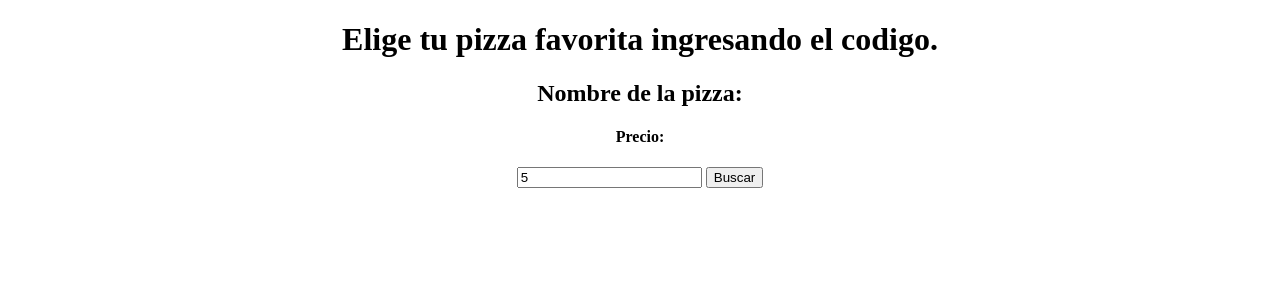
Repository: lucas-itup/E1-JAVASCRIPT
Page: index.html
The author's editor kept a copy of each file at every save. The page is drawn from the files as they stood at one save, then again after the next save.
The browser window is 1280 px wide. The pictures show the whole page.
Empty fields were first filled with sample values (such as "Sample", 5 or name@example.com).
After loading, the first visible `button` was clicked once.

Above is the page before, as saved 2022-09-11 20:27:48.

### index.html
<!DOCTYPE html>
<html lang="en">

<head>
    <meta charset="UTF-8">
    <meta http-equiv="X-UA-Compatible" content="IE=edge">
    <meta name="viewport" content="width=device-width, initial-scale=1.0">

    <title>E1-JAVASCRIPT</title>
</head>

<body>
    <div id="listado-pizzas" style="text-align: center;">
        <div>
            <h1>Elige tu pizza favorita ingresando el codigo.</h1>

            <h2>Nombre de la pizza: <span id="nombre-pizza"> </span></h2>
            <h4>Precio: <span id="precio-pizza"></span></h4>
        </div>
        <div>
            <input type="number" value="" id="value-id">
            <button onclick="buscarPizza()" type="button">Buscar</button>
        </div>
    </div>
    <script src="/assets/index.js"></script>
</body>

</html>

### assets/index.js
let pizza1 = {
    id: '1',
    nombre: 'Muzarella',
    ingredientes: [
        'tomate', 'muzarella', 'oregano'
    ],
    precio: '600'
}
let pizza2 = {
    id: '2',
    nombre: 'Napolitana',
    ingredientes: [
        'jamon', 'huevo', 'queso'
    ],
    precio: '300'
}
let pizza3 = {
    id: '3',
    nombre: 'Americana',
    ingredientes: [
        'huevoFrito', 'peperoni', 'roquefort'
    ],
    precio: '200'
}
let pizza4 = {
    id: '4',
    nombre: 'Rucula',
    ingredientes: [
        'verduras', 'palmito', 'especias'
    ],
    precio: '500'
}
let pizza5 = {
    id: '5',
    nombre: 'Especial',
    ingredientes: [
        'salsa', 'harina', 'crema'
    ],
    precio: '800'
}
let pizza6 = {
    id: '6',
    nombre: 'DE_LA_CASA',
    ingredientes: [
        'anchoas', 'pimientos', 'hongos'
    ],
    precio: '900'
}

let pizzas = [pizza1, pizza2, pizza3, pizza4, pizza5, pizza6]
let listado = document.getElementById('listado-pizzas');

const buscarPizza = () => {
    let valueid = document.getElementById('value-id').value;
    var precioPizza = document.getElementById('precio-pizza').innerHTML;
    var found = pizzas.find(function(post, index) {
        if (post.id == valueid)
            console.log(precioPizza)
        precioPizza.textContent = post.precio;

    });

}

After the next save:
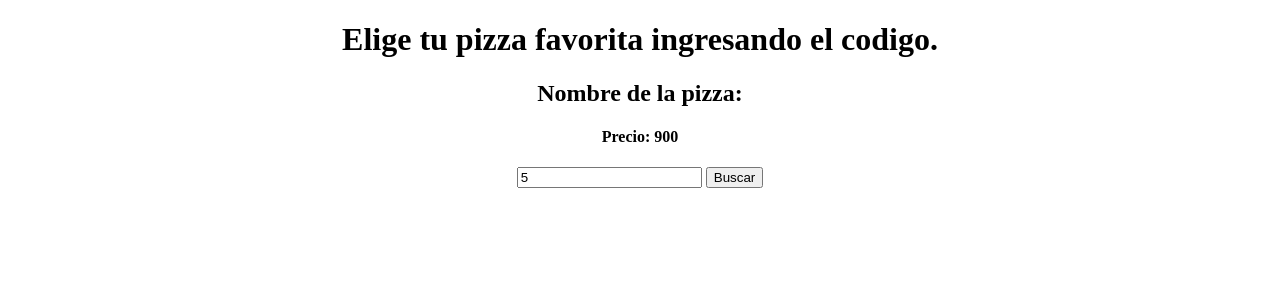
Saved 21 s later.
--- a/assets/index.js
+++ b/assets/index.js
@@ -52,7 +52,7 @@ let listado = document.getElementById('listado-pizzas');
 
 const buscarPizza = () => {
     let valueid = document.getElementById('value-id').value;
-    var precioPizza = document.getElementById('precio-pizza').innerHTML;
+    var precioPizza = document.getElementById('precio-pizza');
     var found = pizzas.find(function(post, index) {
         if (post.id == valueid)
             console.log(precioPizza)
